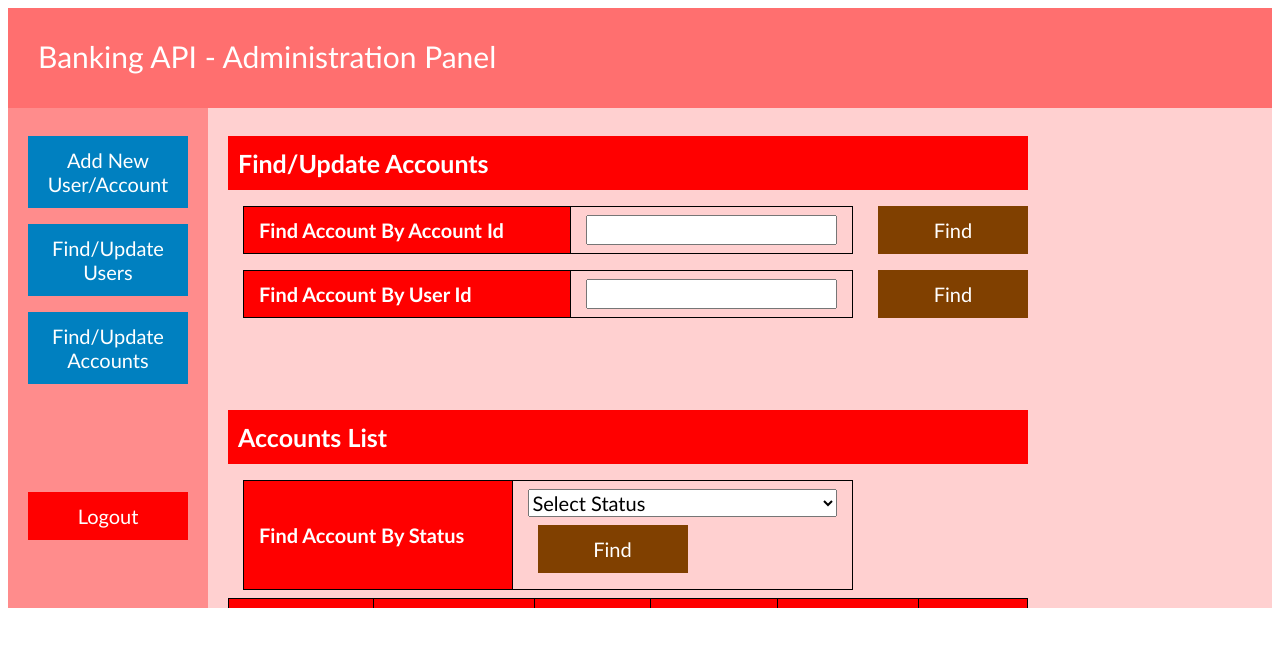
Repository: kennyufish/Revature_ROCP1_Project_Banking_API
Page: http://localhost/banking_api/findUpdateAccounts
An editor plug-in stored every save of this project. The page is shown before and after the next save, followed by the edit.
The browser window is 1280 px wide. The pictures show the whole page.
An inner scrolling area shows only its first screen. The page is served by Tomcat 9. Queries for data that is not in the repository find no rows.

Above is the page before, as saved 2020-10-14 16:16:50.

After the next save:
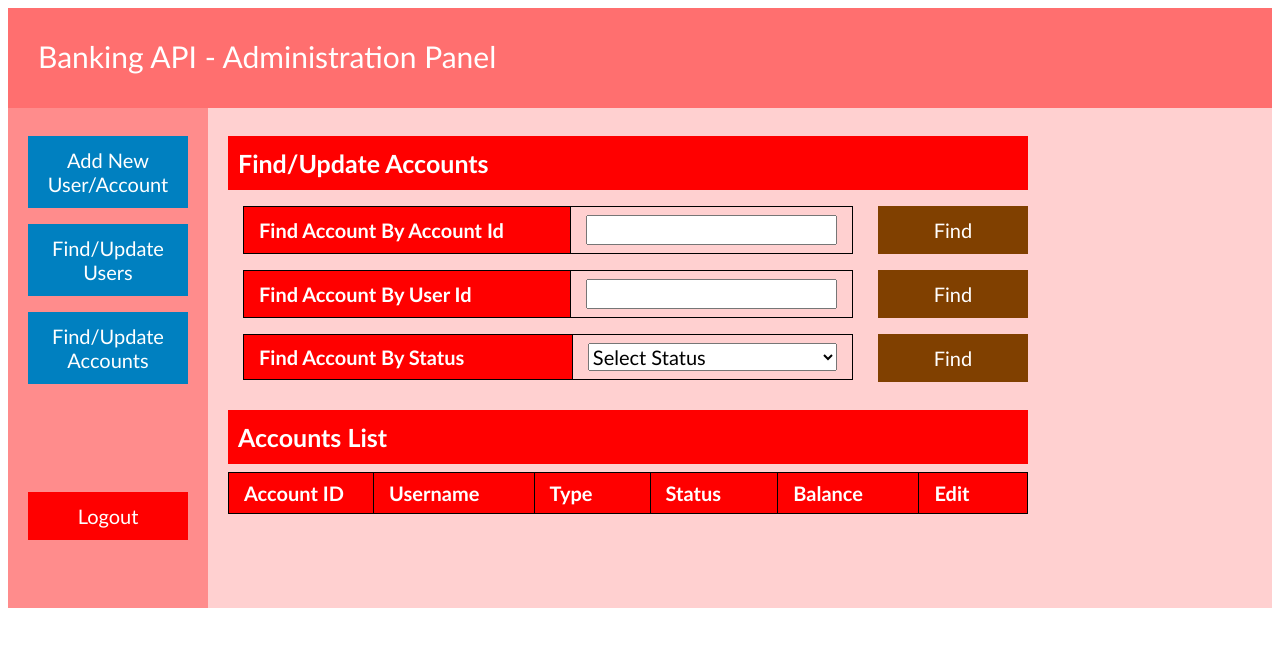
Saved 21 s later.
--- a/banking_api/src/main/java/com/app/banking/controller/FindUpdateAccountsController.java
+++ b/banking_api/src/main/java/com/app/banking/controller/FindUpdateAccountsController.java
@@ -74,9 +74,9 @@ public class FindUpdateAccountsController extends HttpServlet {
 			out.print("<option value='2'>Open</option>");
 			out.print("<option value='3'>Closed</option>");
 			out.print("<option value='4'>Denied</option>");
-			out.print("</select>");
+			out.print("</select></td></tr></table>");
 			out.print("<button class='smallButton findButton' type='submit' name='findAccountByStatus'>Find</button></div>");
-			out.print("</td></tr></form>");
+			out.print("</form>");
 			out.print("<br><br>");
 			//
 			out.print("<br><br>");
